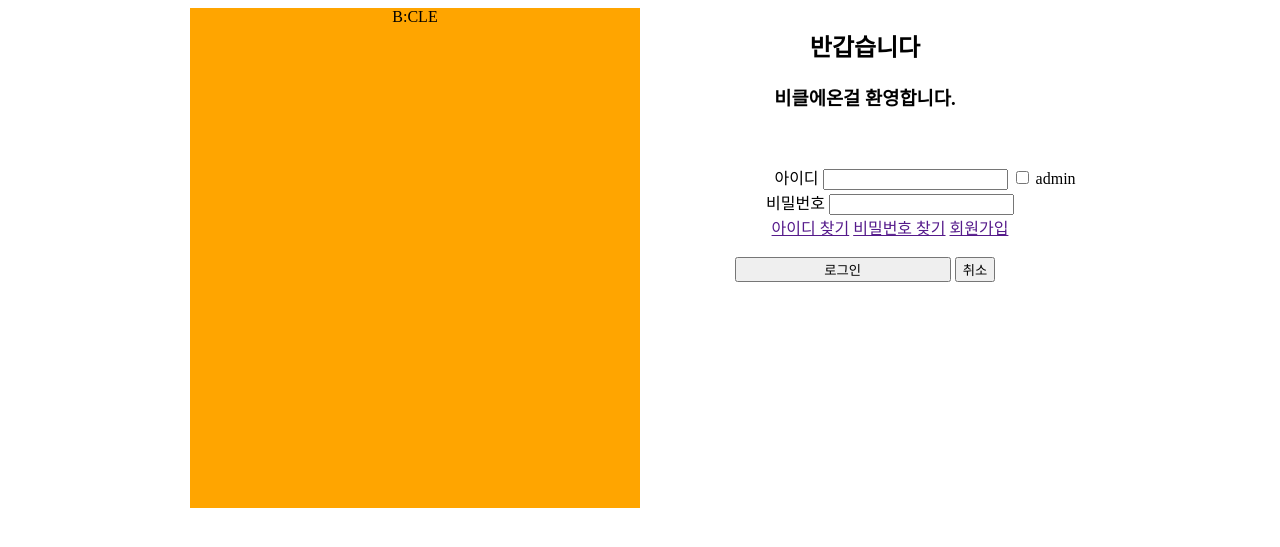
Repository: hyodii/SpringProject_Bcle
Page: http://localhost/Bcle/LoginPage.jsp
These files come from the project's save history. The page is drawn as it stood at one moment and after the next save; the edit follows.
The browser window is 1280 px wide. The pictures show the whole page.
The page is served by Tomcat 9.

Above is the page before, as saved 2021-12-16 07:46:43.
Console error: ReferenceError: $ is not defined

After the next save:
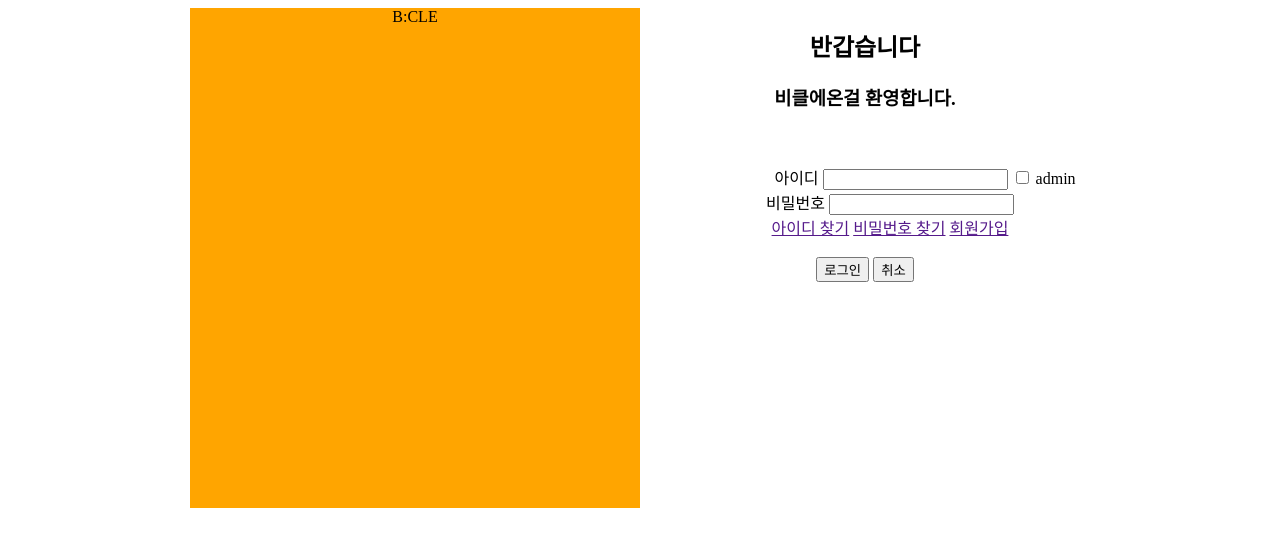
Saved 4 s later.
--- a/Bcle/WebContent/LoginPage.jsp
+++ b/Bcle/WebContent/LoginPage.jsp
@@ -130,8 +130,7 @@
 					<br>
 
 					<div>
-						<input type="button" value="로그인" id="submitBtn" class="btn"
-						style="width: 48%;" />
+						<input type="button" value="로그인" id="submitBtn" class="btn"/>
 						<input type="reset" value="취소" id="resetBtn" class="btn"/>
 						<br><br>
 						<span id="err" style="color: red;display: none;"></span>
